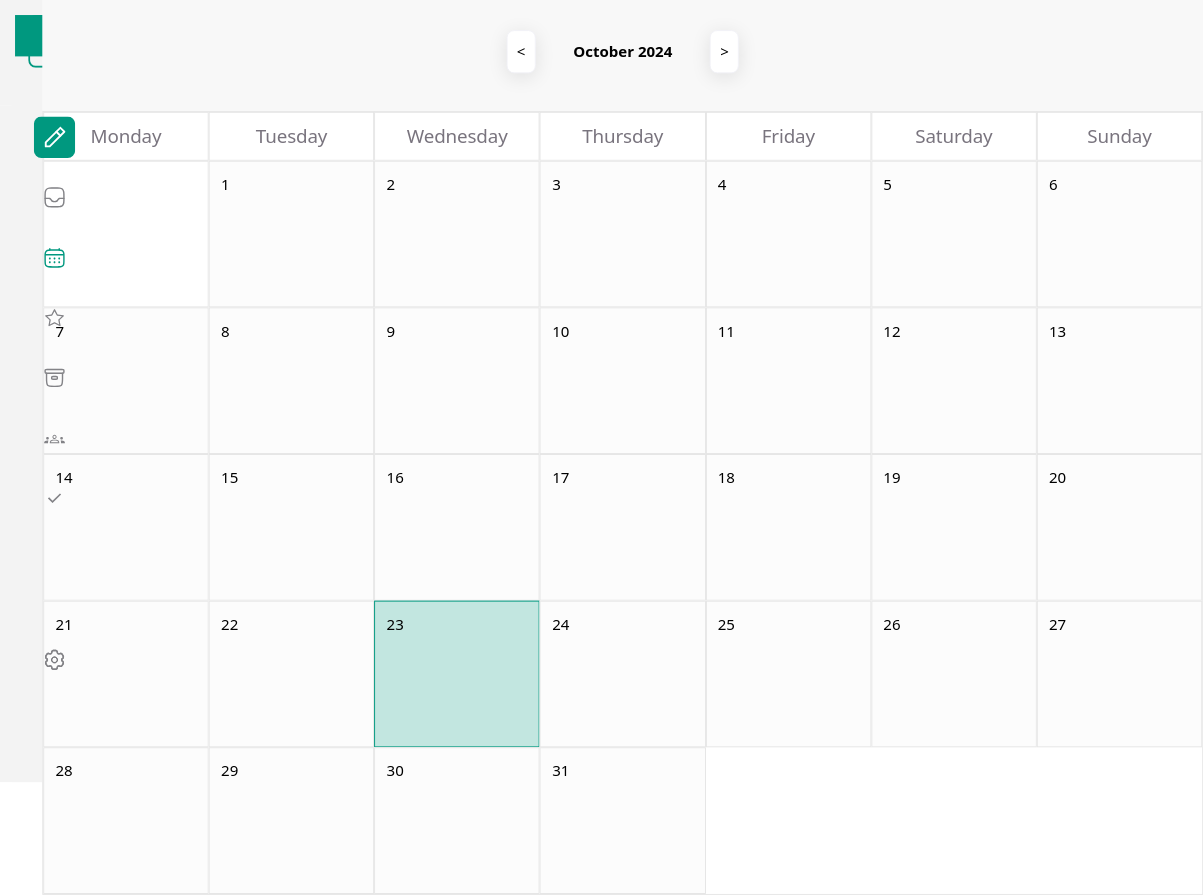
Repository: Tofigkh1/Nomail-App
Page: /calendar
These files come from the project's save history. The page is drawn as it stood at one moment and after the next save; the edit follows.
The browser window is 1280 px wide. The pictures show the whole page, at 94% of full size.
The project was rebuilt for these pictures with package versions that can differ from the ones it lists, and the page was loaded fresh each time. The framework's server and built-in components were replaced by stand-ins that run in the browser. Also part of the build but not shown: next.config.mjs, components/shared/svg/calendarSvg.jsx.

Above is the page before, as saved 2024-10-23 03:10:57.

After the next save:
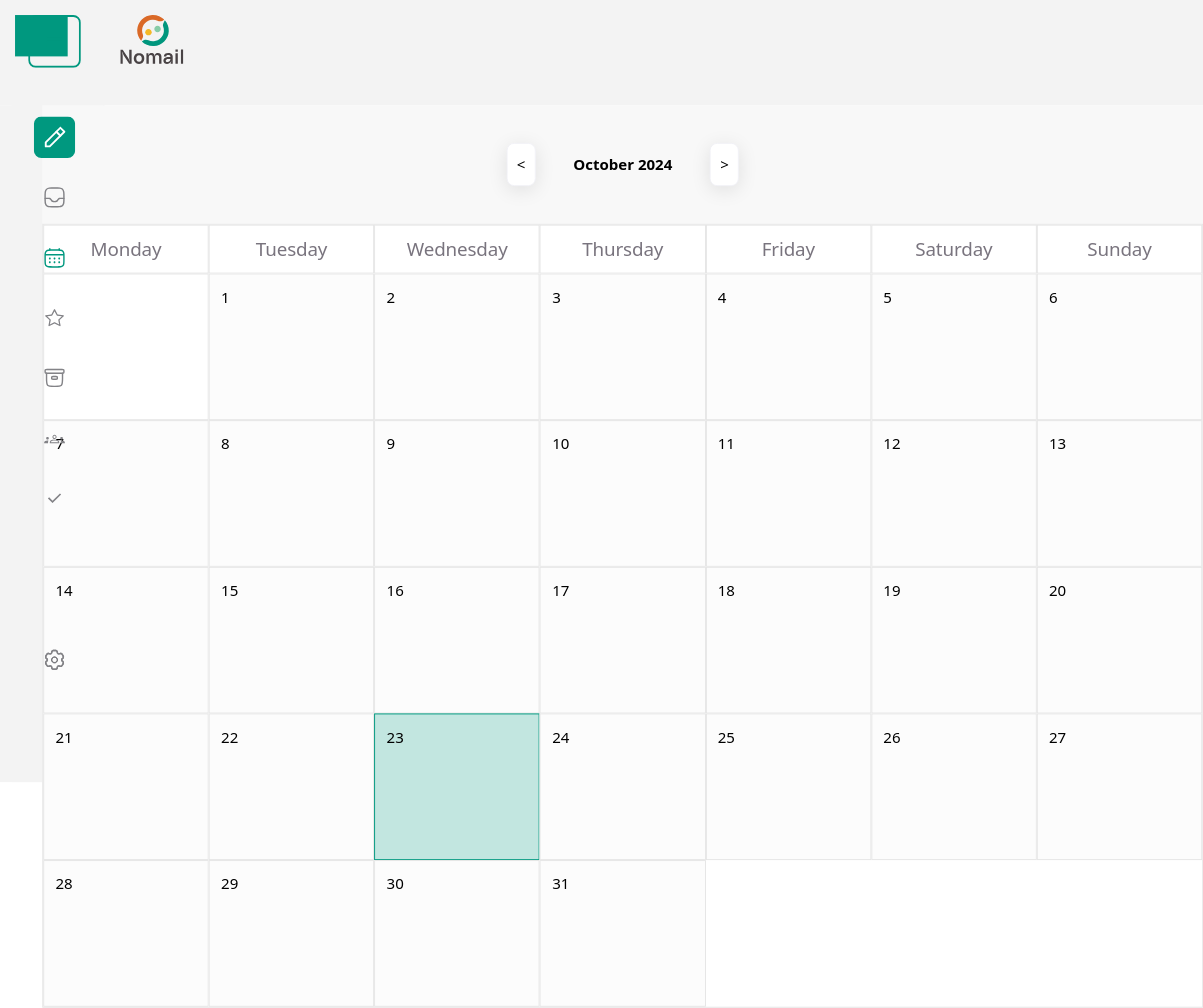
Saved 8 s later.
--- a/app/calendar/page.tsx
+++ b/app/calendar/page.tsx
@@ -87,7 +87,7 @@
                             </div>
                             </Sidebar>
                         </div>
-                        <div className="flex flex-grow justify-center items-center h-screen  ">
+                        <div className="flex flex-grow justify-center items-center ">
                    <Calendar/>
                         </div>
 

After the 3 saves that followed:
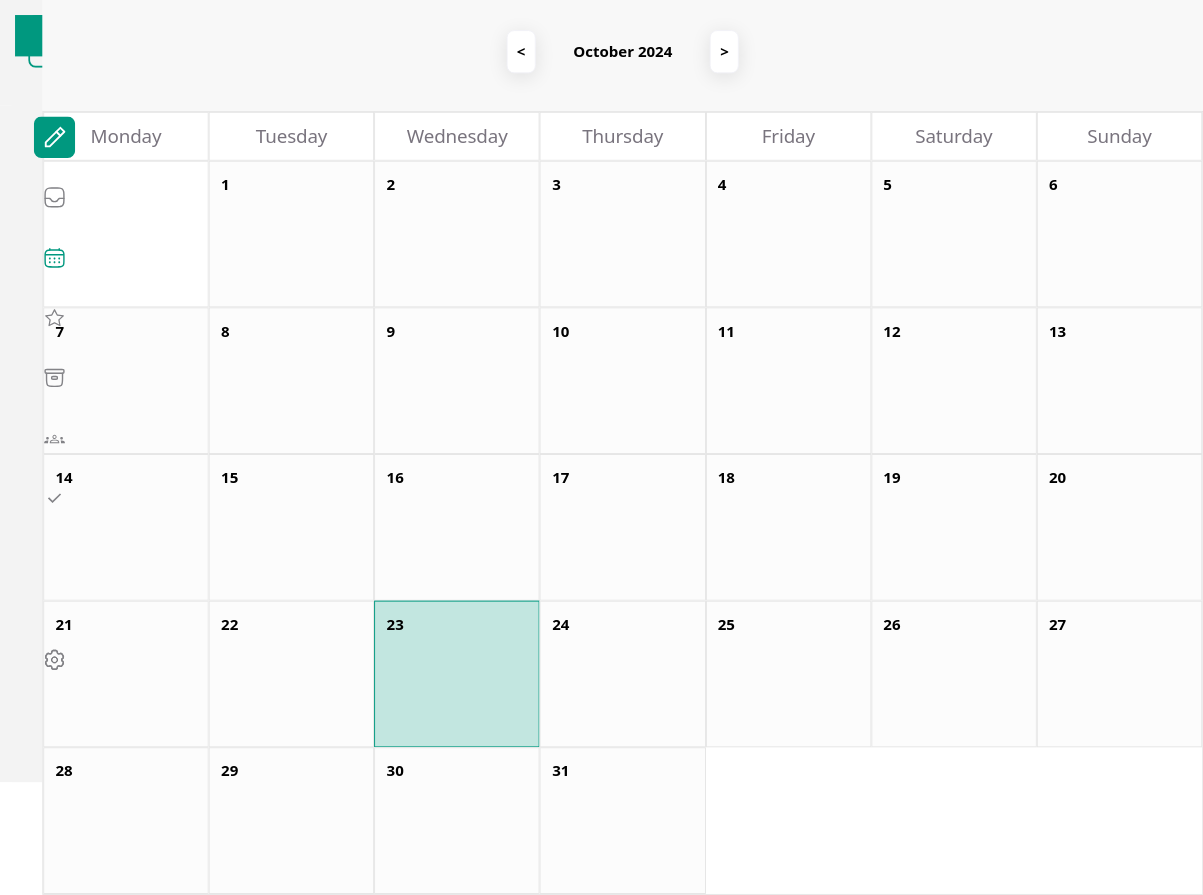
The 3 saves are shown as one change because 1 left the picture as it was and some came seconds apart.
The last was saved 65 s later.
--- a/app/calendar/page.tsx
+++ b/app/calendar/page.tsx
@@ -87,7 +87,7 @@
                             </div>
                             </Sidebar>
                         </div>
-                        <div className="flex flex-grow justify-center items-center ">
+                        <div className="flex flex-grow justify-center items-center h-screen flex-col font-semibold ">
                    <Calendar/>
                         </div>
 
